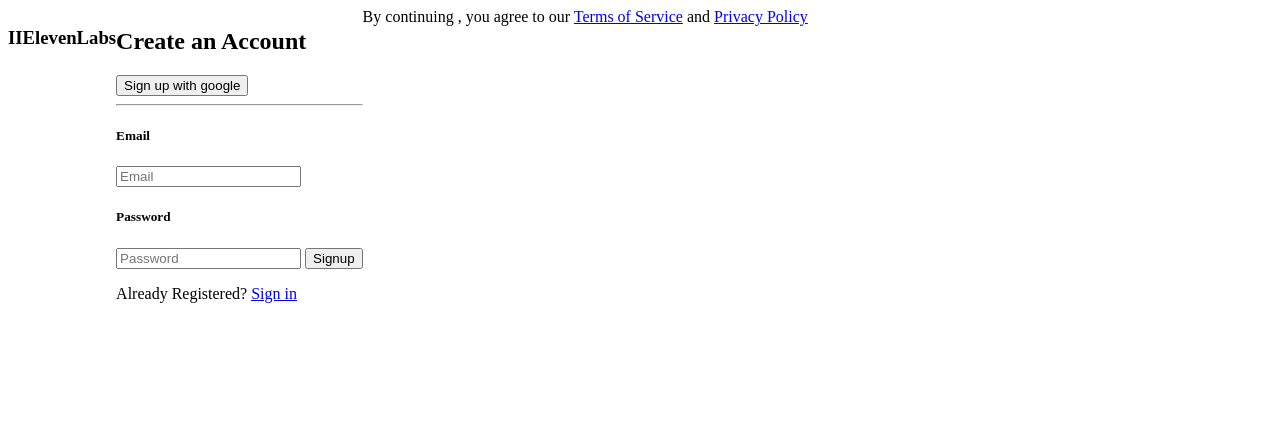
Repository: RohanSai22/harkirat-cohort-learnings
Page: Web/w1_a.html
These files come from the project's save history. The page is drawn as it stood at one moment and after the next save; the edit follows.
The browser window is 1280 px wide. The pictures show the whole page.

Above is the page before, as saved 2026-03-24 10:02:57.

After the next save:
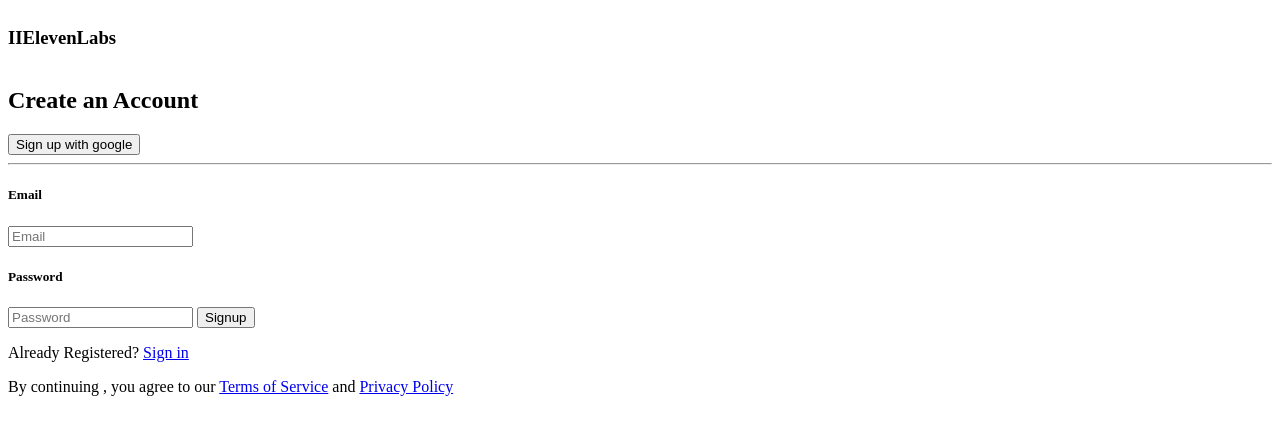
Saved 25 s later.
--- a/Web/w1_a.html
+++ b/Web/w1_a.html
@@ -3,7 +3,7 @@
         <title>Elevel Labs Assignment</title>
     </head>
     <body>
-        <div style="display: flex;">
+        <div style="display: flex; flex-direction: column;">
             <div>
                 <h3>IIElevenLabs</h3>
             </div>
